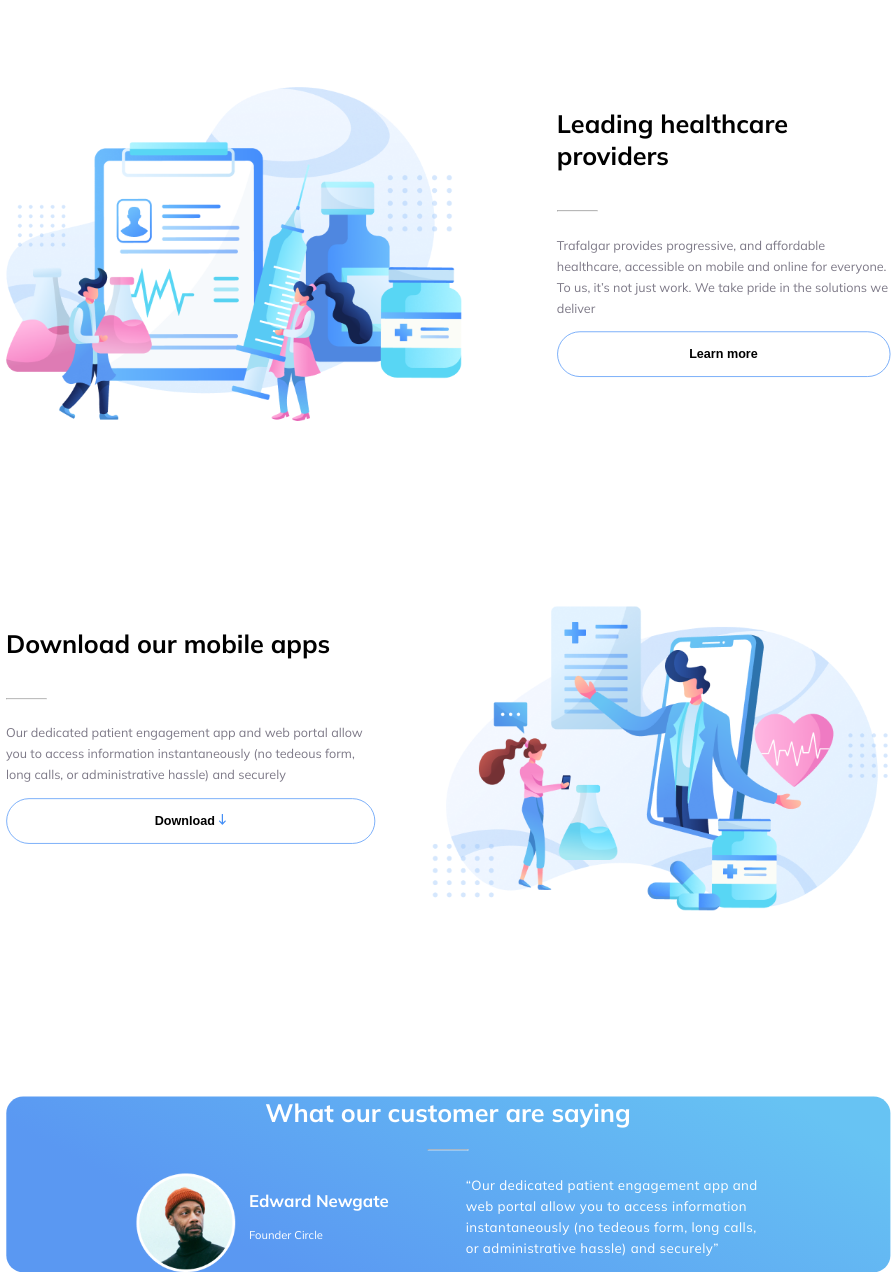
Repository: ivan-developer-01/trafalgar-layout
Page: index.html
The author's editor kept a copy of each file at every save. The page is drawn from the files as they stood at one save, then again after the next save.
The browser window is 1280 px wide. The pictures show the part of the page from y = 2078 to 3998 px (the page is 3896 px tall before and 3998 px after), at 70% of full size.

Above is the page before, as saved 2024-11-08 16:05:11.

### index.html
<!DOCTYPE html>
<html lang="en">
<head>
	<meta charset="UTF-8">
	<meta http-equiv="X-UA-Compatible" content="IE=edge">
	<meta name="viewport" content="width=device-width, initial-scale=1.0">
	<title>Trafalgar Services</title>
	<link rel="preconnect" href="https://fonts.googleapis.com">
	<link rel="preconnect" href="https://fonts.gstatic.com" crossorigin>
	<link href="https://fonts.googleapis.com/css2?family=Mulish:ital,wght@0,200;0,300;0,400;0,500;0,600;0,700;0,800;0,900;1,200;1,300;1,400;1,500;1,600;1,700;1,800;1,900&display=swap" rel="stylesheet">
	<link rel="stylesheet" href="style.css">
</head>
<body>
	<header class="header">
		<div class="container">
			<!-- left part -->
			<div>
				<div class="logo">
					<img src="images/logo.png" alt="Trafalgar Logo">
				</div>
			</div>

			<!-- right part -->
			<div>
				<nav>
					<a href="#" class="nav__link nav__link-main">Home</a>
					<a href="#" class="nav__link">Find a doctor</a>
					<a href="#" class="nav__link">Apps</a>
					<a href="#" class="nav__link">Testimonials</a>
					<a href="#" class="nav__link">About us</a>
				</nav>
			</div>
		</div>
	</header>

	<main>
		<section class="main-info">
			<div class="container">
				<!-- left part -->
				<div>
					<h1>Virtual healthcare for you</h1>

					<p>Trafalgar provides progressive, and affordable healthcare, accessible on mobile and online for everyone</p>

					<button class="button round-button bg-blue">Consult today</button>
				</div>

				<!-- right part -->
				<div>
					<img src="images/hero.png" alt="Trafalgar hero image">
				</div>
			</div>

			<div class="overlay"></div>
		</section>

		<section class="our-services">
			<div class="container">
				<h2>Our services</h2>
				<hr>

				<p>We provide to you the best choiches for you. Adjust it to your health needs and make sure your undergo treatment with our highly qualified doctors you can consult with us which type of service is suitable for your health</p>

				<div class="cards">
					<div class="card">
						<img src="images/our-services/cards/search-doctor.svg" alt="Search doctor">
						<h3>Search doctor</h3>
						<p>Choose your doctor from thousands of specialist, general, and trusted hospitals</p>
					</div>
					<div class="card">
						<img src="images/our-services/cards/online-pharmacy.svg" alt="Online pharmacy">
						<h3>Online pharmacy</h3>
						<p>Buy  your medicines with our mobile application with a simple delivery system</p>
					</div>
					<div class="card">
						<img src="images/our-services/cards/consultation.svg" alt="Consultation">
						<h3>Consultation</h3>
						<p>Free consultation with our trusted doctors and get the best recomendations</p>
					</div>
					<div class="card">
						<img src="images/our-services/cards/details-info.svg" alt="Details info">
						<h3>Details info</h3>
						<p>Free consultation with our trusted doctors and get the best recomendations</p>
					</div>
					<div class="card">
						<img src="images/our-services/cards/emergency-care.svg" alt="Emergency care">
						<h3>Emergency care</h3>
						<p>You can get 24/7 urgent care for yourself or your children and your
lovely family</p>
					</div>
					<div class="card">
						<img src="images/our-services/cards/tracking.svg" alt="Tracking">
						<h3>Tracking</h3>
						<p>Track and save your medical history and health data</p>
					</div>
				</div>

				<button class="button round-button">Learn more</button>
			</div>

			<div class="overlay"></div>
			<div class="top-overlay"></div>
		</section>

		<section class="apps">
			<div class="container">
				<div class="flex-two-blocks">
					<!-- left part -->
					<div>
						<div class="image">
							<img src="images/apps/leading-healthcare-providers.png" alt="Leading healthcare providers">
						</div>
					</div>

					<!-- right part -->
					<div>
						<h2>Leading healthcare providers</h2>
						<hr>
						<p>
							Trafalgar provides progressive, and affordable healthcare, accessible on mobile and online for everyone. To us, it’s not just work. We take pride in the solutions we deliver
						</p>

						<button class="button round-button">Learn more</button>
					</div>
				</div>

				<div class="flex-two-blocks">
					<!-- left part -->
					<div>
						<h2>Download our mobile apps</h2>
						<hr>
						<p>
							Our dedicated patient engagement app and web portal allow you to access information instantaneously (no tedeous form, long calls, or administrative hassle) and securely
						</p>

						<button class="button round-button">Download
							<img src="images/arrow-download.svg" alt="Download icon">
						</button>
					</div>

					<!-- right part -->
					<div>
						<div class="image">
							<img src="images/apps/mobile-apps.png" alt="Mobile apps">
						</div>
					</div>
				</div>
			</div>
		</section>

		<section class="reviews">
			<div class="container">
				<h2>What our customer are saying</h2>
				<hr>
				<div class="review-slider">
					<div class="review">
						<div class="review-user">
							<img src="images/reviews/avatar-1.png" alt="Avatar" class="avatar">
							<div class="user-credentials">
								<h3>Edward Newgate</h3>
								<span>Founder Circle</span>
							</div>
						</div>

						<div class="review-text">
							<p>
								“Our dedicated patient engagement app and web portal allow you to access information instantaneously (no tedeous form, long calls, or administrative hassle) and securely”
							</p>
						</div>
					</div>
				</div>
			</div>
		</section>
	</main>
</body>
</html>

### style.css
html,
body {
	width: 100vw;
	margin: 0;
	padding: 0;
	font-family: 'Mulish', sans-serif;
}

.container {
	width: 100%;
	max-width: 1263px;
	margin: 0 auto;
}

section hr {
	width: 56px;
	margin-top: 26px;
	margin-bottom: 33px;
}

h1 {
	font-size: 48px;
}

h3 {
	font-size: 24px;
}

p {
	color: #7D7987;
	margin-top: 0;
}

.button {
	/* appearance: none; */
	border: 1px solid #458FF6;
	background: transparent;
	cursor: pointer;
	font-weight: 700;
	font-size: 18px;
	padding: 21px 41px;
}

.button.round-button {
	border-radius: 999px;
}

.bg-blue {
	background-color: #458FF6;
	color: #FFF;
}

/* header */
.header {
	padding-top: 56px;
}

.header .container {
	display: flex;
	justify-content: space-between;
	align-items: center;
}

.header nav {
	display: flex;
	gap: 40px;
	font-size: 18px;
}

.header nav a {
	text-decoration: none;
	color: #8f8a9a;
}

.header .nav__link-main {
	color: #1F1534;
}
/* /header */

/* main-info */
.main-info {
	position: relative;
}

.main-info .overlay {
	position: absolute;
	top: 0;
	left: 0;
	right: 0;
	bottom: 0;
	background-image: url(images/main-info-overlay.png);
	background-repeat: no-repeat;
	z-index: -1;
}

.main-info .container {
	display: flex;
	justify-content: space-between;
	align-items: center;
	gap: 109px;
}

.main-info p {
	font-size: 21px;
	line-height: 32px;
	margin-top: 25px;
	margin-bottom: 45px;
}
/* /main-info */

/* our-services */
.our-services {
	margin-top: 190px;
	position: relative;
}

.our-services .overlay,
.our-services .top-overlay {
	position: absolute;
	right: 0;
	bottom: 0;
	left: 0;
	background-repeat: no-repeat;
	z-index: -1;
	pointer-events: none;
}

.our-services .overlay {
	top: calc(20% - 44px);
	background-image: url(images/our-services/our-services-overlay.svg);
}

.our-services .top-overlay {
	top: 46%;
	left: 76%;
	background-image: url(images/our-services/our-services-top-overlay.svg);
}

.our-services .container {
	text-align: center;
}

.our-services p {
	max-width: 952px;
	margin: 0 auto;
}

.our-services .cards {
	display: grid;
	grid-template-columns: repeat(3, 1fr);
	gap: 34px;
	margin-top: 80px;
	position: relative;
	background: transparent;
}

.our-services .cards .card {
	box-shadow: 10px 40px 50px 0px #E5E9F666;
	/* top right bottom left */
	width: calc(350px - 52px - 36px);
	height: calc(354px - 58px - 47px);
	border-radius: 20px;
	padding: 58px 52px 47px 36px;
	text-align: left;
	background: #FFF;
	z-index: 1;
}

.our-services .cards .card p {
	font-size: 16px;
	line-height: 28px;
}

.our-services .cards .card h3 {
	margin-top: 36.25px;
}

.our-services .button {
	margin-top: 72px;
	color: #458FF6;
	border-width: 1.4px;
	min-width: 200px;
}
/* /our-services */

/* apps */
.apps {
	margin-top: 220px;
}

.apps .container {
	display: grid;
	gap: 265px;
}

.apps .flex-two-blocks {
	display: flex;
}

.apps .flex-two-blocks div {
	display: flex;
	flex-direction: column;
}

.apps .flex-two-blocks h2 {
	font-size: 36px;
}

.apps .flex-two-blocks hr {
	text-align: left;
	width: 56px;
	margin-left: 0;
	margin-right: 0;
}

.apps .flex-two-blocks p {
	font-size: 18px;
	line-height: 30px;
}

.apps .flex-two-blocks:first-child {
	gap: 137px;
}

.apps .flex-two-blocks:last-child {
	gap: 71px;
}
/* /apps */

/* reviews */
.reviews {
	margin-top: 266px;
}

.reviews .container {
	background: linear-gradient(208.18deg, #67C3F3 9.05%, #5A98F2 76.74%);
	color: white;
	text-align: center;
	/* padding-top: 65px;
	padding-bottom: 89px; */
	border-radius: 24px;
}

.reviews hr {
	color: white;
}

.reviews h2 {
	font-size: 36px;
}


.review-slider .review {
	display: flex;
	justify-content: center;
	align-items: center;
	gap: 110px;
}

.review-slider .review .review-user {
	display: flex;
	justify-content: center;
	gap: 20px;
	text-align: left;
}

.review-slider .review .review-text {
	text-align: left;
	max-width: 420px;
}

.review-slider .review .review-text p {
	color: white;
	font-size: 19px;
	letter-spacing: 0.6px;
	line-height: 30px;
}
/* /reviews */

After the next save:
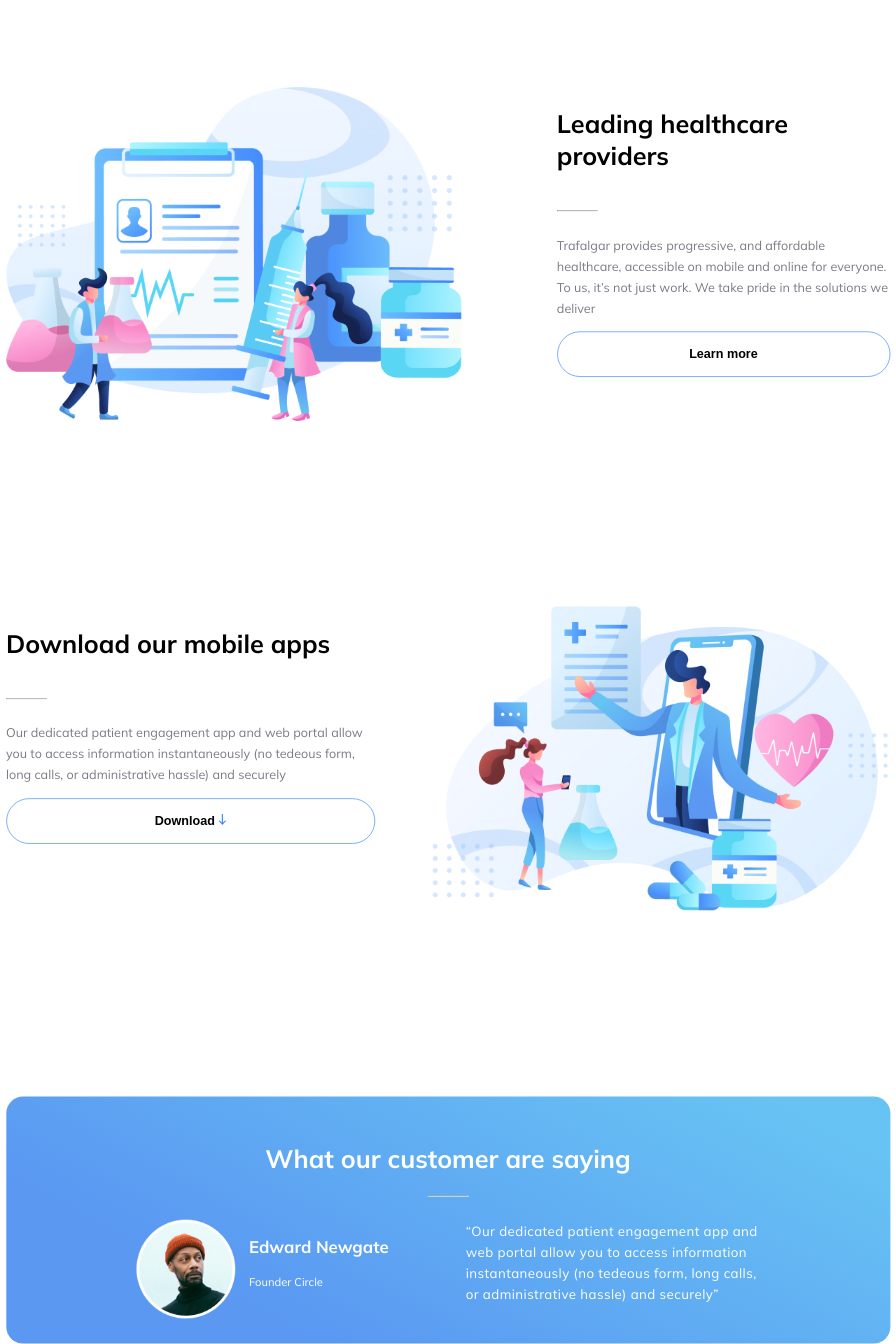
Saved 81 s later.
--- a/style.css
+++ b/style.css
@@ -236,8 +236,8 @@ p {
 	background: linear-gradient(208.18deg, #67C3F3 9.05%, #5A98F2 76.74%);
 	color: white;
 	text-align: center;
-	/* padding-top: 65px;
-	padding-bottom: 89px; */
+	padding-top: 36px;
+	padding-bottom: 36px;
 	border-radius: 24px;
 }
 
